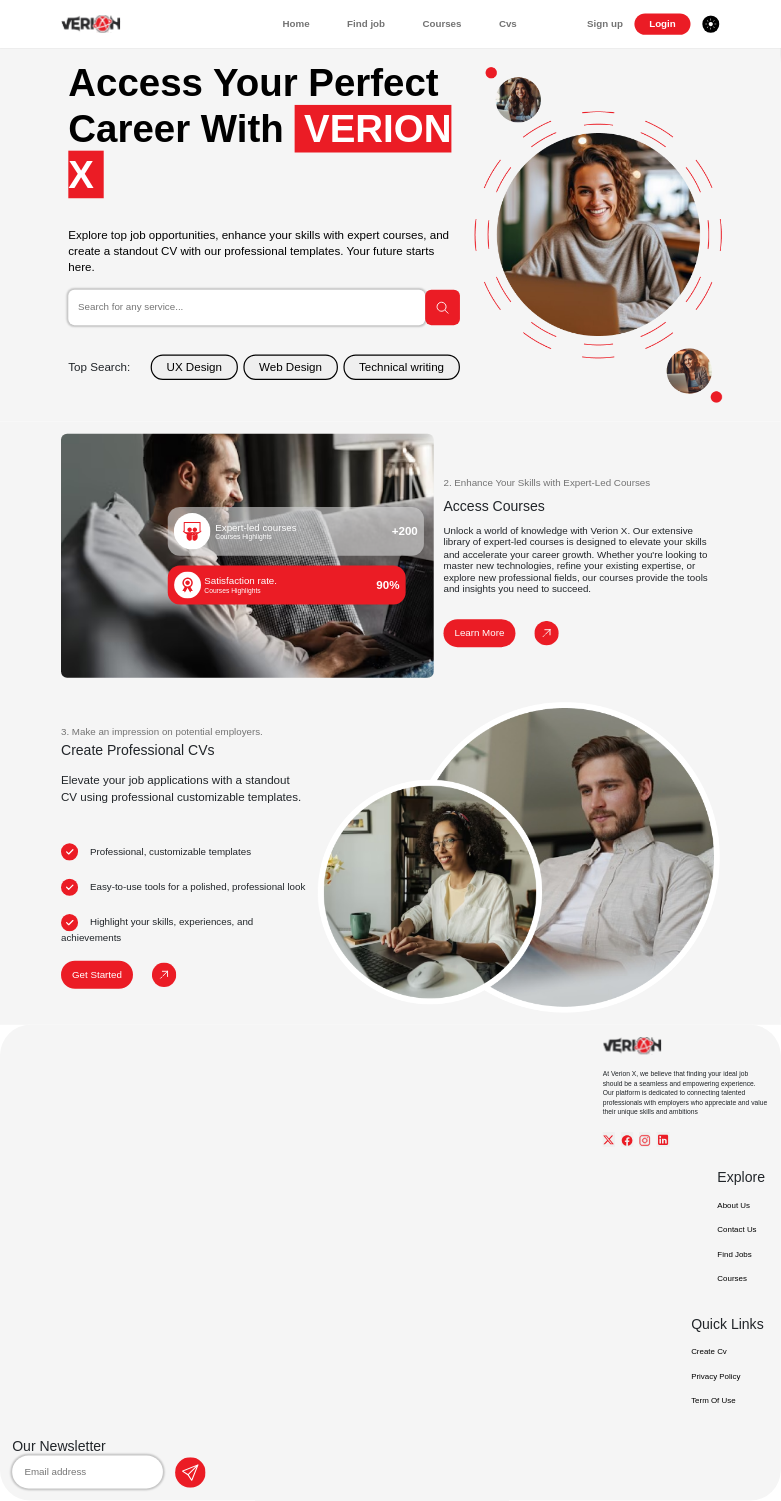
Repository: SahMenz/verionX
Page: /
An editor plug-in stored every save of this project. The page is shown before and after the next save, followed by the edit.
The browser window is 1280 px wide. The pictures show the whole page, at 61% of full size.
The project was rebuilt for these pictures with package versions that can differ from the ones it lists, and the page was loaded fresh each time. Also part of the build but not shown: vite.config.js.

Above is the page before, as saved 2024-06-16 02:42:16.

### src/App.jsx
import './App.css'
import Home from './components/home/home'
import 'bootstrap/dist/css/bootstrap.min.css';

function App() {

  return (
    <>
      <div>
          <Home />
      </div>
    </>
  )
}

export default App

### src/index.css
button{
    outline: none;
    border: none;
  }

  input{
    border: none;
    outline: none;
}

### src/App.css
*, *::before, *::after{
  padding: 0px;
  margin: 0px;
  box-sizing: border-box;
  font-family: "Rubik", sans-serif;
}

/* BACKGROUND COLORS */

.bg-f5{
  background-color: #F5F5F5;
}
.bg-eb{
  background-color: #EB1C25;
}
.bg-ff{
  background-color: #fff;
}
.bg-d9{
  background-color: #D9D9D9;
}
.bg-00{
  background-color: #000;
}


/* FONT SIZES */

.txt-11{
  font-size: 11px;
}
.txt-13{
  font-size: 13px;
}
.txt-16{
  font-size: 16px;
}
.txt-19{
  font-size: 19px;
}
.txt-23{
  font-size: 23px;
}
.txt-45{
  font-size: 45px;
}
.txt-63{
  font-size: 63px;
}


/* TEXT COLOR */

.txt-eb{
  color:#EB1C25
}
.txt-f3{
  color: #737373
}
.txt-ff{
  color:#fff
}
.txt-00{
  color: #000;
}


/* FONT WEIGHT */

.fw-400{
  font-weight: 400;
}
.fw-500{
  font-weight: 500;
}
.fw-600{
  font-weight: 600;
}


/* LINE HEIGHT */

.lh-19{
  line-height: 19.2px;
}
.lh-75{
  line-height: 55.6px;
}
.lh-26{
  line-height: 26.38px;
}
.lh-22{
  line-height: 22.8px;
}
.lh-27{
  line-height: 27.6px;
}
.lh-15{
  line-height: 15.89px;
}
.lh-13{
  line-height: 13.2px;
}
.lh-54{
  line-height: 54px;
}
.lh-34{
  line-height: 34.5px;
}
.lh-67{
  line-height: 67.5px;
}
.lh-32{
  line-height: 32.2px;
}
.lh-18{
  line-height: 18.96px;
}

### src/components/home/home.jsx
import Footer from "../footer/footer"
import Navigation from "../navigation/navigation"
import AccessCourses from "./accessCourses/accessCourses"
import CreateProfessionalCv from "./createProfessionalCv/createProfessionalCv"
import Hero from "./hero/hero"

function Home() {
  return (
    <div >
        <Navigation />
        <Hero />
        <AccessCourses />
        <CreateProfessionalCv />
        <Footer />
    </div>
  )
}

export default Home

### src/components/footer/footer.jsx
import logo from '../../assets/images/logo.svg';
import CustomSvg from '../customSvg/customSvg';
import './footer.css';

function Footer() {
  return (
    <div className='d-flex bg-f5 flex-column footerGeneral gap-5' style={{borderRadius:"50px"}}>
        <div className='d-flex flex-column' style={{width:"272px", height:"166px"}}>
            <img  src={logo} style={{width:"97.2px"}}/>
            <div className='fw-400 lh-15 txt-11 py-4'>
                At Verion X, we believe that finding your ideal job should be a
                seamless and empowering experience. Our platform is dedicated to connecting talented
                professionals with employers who appreciate and value their unique skills and ambitions
            </div>
            <div className='d-flex align-items-center justify-content-between' style={{width:"110px"}}>
                <button><CustomSvg name="x"/></button>
                <button><CustomSvg name="facebook"/></button>
                <button><CustomSvg name="insta"/></button>
                <button><CustomSvg name="linkedin"/></button>
            </div>
        </div>
        <div className='d-flex flex-column justify-content-between' style={{width:"84px", height:"192px"}}>
            <div className='fw-500 txt-23 lh-32'>Explore</div>
            <a href="#" className='txt-00 fw-400 txt-13 lh-18 text-decoration-none'>About Us</a>
            <a href="#" className='txt-00 fw-400 txt-13 lh-18 text-decoration-none'>Contact Us</a>
            <a href="#" className='txt-00 fw-400 txt-13 lh-18 text-decoration-none'>Find Jobs</a>
            <a href="#" className='txt-00 fw-400 txt-13 lh-18 text-decoration-none'>Courses</a>
        </div>
        <div className='d-flex flex-column justify-content-between' style={{width:"127px", height:"152px"}}>
            <div className='fw-500 txt-23 lh-32'>Quick Links</div>
            <a href="#" className='txt-00 fw-400 txt-13 lh-18 text-decoration-none'>Create Cv</a>
            <a href="#" className='txt-00 fw-400 txt-13 lh-18 text-decoration-none'>Privacy Policy</a>
            <a href="#" className='txt-00 fw-400 txt-13 lh-18 text-decoration-none'>Term Of Use</a>
        </div>
        <div className='d-flex flex-column'>
            <div className='fw-500 txt-23 lh-32'>Our Newsletter</div>
            <div>
                <input  type='text' placeholder='Email address' style={{marginRight:"20px",borderRadius:"30px", padding:"15px 20px", boxShadow: "0px 0px 3px 3px rgba(0, 0, 0, 0.2)"}}/>
                <CustomSvg name="telegram"/>
            </div>
        </div>
    </div>
  )
}

export default Footer

### src/components/navigation/navigation.jsx
import logo from '../../assets/images/logo.svg'
import CustomSvg from '../customSvg/customSvg'
import './navigation.css'


function Navigation() {

  return (
    <div className="d-flex justify-content-between navContainer">
        <img src={logo} alt="" />
        <div className='d-none d-lg-flex navigationLink justify-content-between align-items-center'>
          <div className='d-flex justify-content-between align-items-center links'>
            <a href="#" className='small-txt lh-19 fw-600 text-decoration-none txt-f3'>Home</a>
            <a href="#" className='small-txt lh-19 fw-600 text-decoration-none txt-f3'>Find job</a>
            <a href="#" className='small-txt lh-19 fw-600 text-decoration-none txt-f3'>Courses</a>
            <a href="#" className='small-txt lh-19 fw-600 text-decoration-none txt-f3'>Cvs</a>
          </div>
          <div className='d-flex justify-content-between align-items-center switchmode'>
            <a href="#" className='small-txt lh-19 fw-600 text-decoration-none txt-f3'>Sign up</a>
            <a href="#" className='small-txt lh-19 fw-600 text-decoration-none txt-ff bg-eb px-4 py-2 rounded-5'>Login</a>
            <CustomSvg name="switchModes" className="cursor-pointer"/>
          </div>
        </div>
        <div className=' d-lg-none cursor-pointer' style={{width: "40px", height: "40px", display: 'flex', flexDirection: 'column', alignItems: "center", justifyContent: "center", gap: "5px"}}>
          <div style={{width : "30px", height:"3px", backgroundColor : 'black' }}></div>
          <div style={{width : "30px", height:"3px", backgroundColor : 'black' }}></div>
          <div style={{width : "30px", height:"3px", backgroundColor : 'black' }}></div>
        </div>
    </div>
  )
}

export default Navigation

### src/components/home/accessCourses/accessCourses.jsx
import CustomSvg from "../../customSvg/customSvg";
import './accessCourses.css';

function AccessCourses() {
  return (
    <div className="d-flex flex-column bg-f5 flex-xl-row accessGeneral  align-items-center">
        <div className="manPressingLaptop" style={{maxWidth:"611px", position:"relative"}}>
            <div className="imagetext d-none d-lg-block" style={{position:"absolute"}}>
                <div className="d-flex align-items-center opacebackground justify-content-between mb-3" style={{padding:"10px", borderRadius:"20px", maxWidth:"455px"}}>
                    <CustomSvg name="expertLedCourses"/>
                    <div className="d-flex ps-2 justify-content-between align-items-center" style={{width:"340px"}}>
                        <div className="d-flex flex-column" >
                            <div className="txt-ff fw-500 txt-16 lh-19">Expert-led courses</div>
                            <div className="txt-11 txt-ff fw-500 lh-13">Courses Highlights</div>
                        </div>
                        <div className="fw-600 txt-19 lh-22 txt-ff">+200</div>
                    </div>
                </div>
                <div className="bg-eb d-flex align-items-center justify-content-between" style={{padding:"10px", borderRadius:"20px", maxWidth:"390px"}}>
                    <CustomSvg name="satisfactionrate"/>
                    <div className="d-flex justify-content-between align-items-center" style={{width:"320px"}}>
                        <div className="d-flex flex-column" >
                            <div className="txt-ff fw-500 txt-16 lh-19">Satisfaction rate.</div>
                            <div className="txt-11 txt-ff fw-500 lh-13">Courses Highlights</div>
                        </div>
                        <div className="fw-600 txt-19 lh-22 txt-ff">90%</div>
                    </div>
                </div>
            </div>
        </div>
        <div className=" ms-xl-3"  style={{maxWidth:"576px"}}>
            <p className="txt-f3 fw-500 lh-19 enhance" style={{maxWidth:"370px"}}>2. Enhance Your Skills with Expert-Led Courses</p>
            <p className="fw-500 lh-27 access" style={{maxWidth:"300px"}}>Access Courses</p>
            <p className="fw-400 lh-19 pb-4 unlock" style={{maxWidth:"576px"}}>
                Unlock a world of knowledge with Verion X. Our extensive library of expert-led courses is designed to elevate your skills and accelerate your career growth. Whether you&apos;re looking to master new technologies, refine your existing expertise, or explore new professional fields, our courses provide the tools and insights you need to succeed.
            </p>
            <div className="d-flex align-items-center justify-content-between" style={{width:"189px"}}>
                <button className="bg-eb txt-ff" style={{padding:"11px 18px", borderRadius:"30px"}}>Learn More</button>
                <CustomSvg name="arrowTopRight" className=""/>
            </div>
        </div>
    </div>
  )
}

export default AccessCourses

### src/components/home/createProfessionalCv/createProfessionalCv.jsx
import createProfessionalImage from '../../../assets/images/createProfessionalImage.png';
import CustomSvg from '../../customSvg/customSvg';
import './createProfessionalCv.css';

function CreateProfessionalCv() {
  return (
    <div className='d-flex flex-column createGeneral bg-f5 flex-xl-row align-items-center'>
        <div style={{maxWidth:"507px"}}>
            <div className='fw-500 lh-19 txt-16 txt-f3 adjustText' style={{margin:"0px 0px 8px 0px"}}>3. Make an impression on potential employers.</div>
            <div className='fw-500 lh-27 txt-23 adjust23' style={{margin:"0px 0px 20px 0px"}}>Create Professional CVs</div>
            <div className='fw-400 txt-19 lh-23 adjust19' style={{margin:"0px 0px 60px 0px"}}>Elevate your job applications with a standout CV using professional customizable templates.</div>
            <div className='fw-400 txt-16 lh-19 adjustText' style={{marginBottom:"29px"}}><CustomSvg name="createProfessionalTick"/> <span style={{marginLeft:"15px"}}>Professional, customizable templates</span></div>
            <div className='fw-400 txt-16 lh-19 adjustText' style={{marginBottom:"29px"}}><CustomSvg name="createProfessionalTick"/> <span style={{marginLeft:"15px"}}>Easy-to-use tools for a polished, professional look</span></div>
            <div className='fw-400 txt-16 lh-19 adjustText' style={{marginBottom:"29px"}}><CustomSvg name="createProfessionalTick"/> <span style={{marginLeft:"15px"}}>Highlight your skills, experiences, and achievements</span></div>
            <div className="d-flex align-items-center justify-content-between" style={{width:"189px"}}>
                <button className="bg-eb txt-ff" style={{padding:"11px 18px", borderRadius:"30px"}}>Get Started</button>
                <CustomSvg name="arrowTopRight" className=""/>
            </div>
        </div>
        <img src={createProfessionalImage} className='mt-5 mt-xl-0 mixedImage ms-xl-3' style={{maxWidth:"659px"}}/>
    </div>
  )
}

export default CreateProfessionalCv

### src/components/home/hero/hero.jsx
import accesYourPerfectImage from '../../../assets/images/accesYourPerfectImage.png';
import CustomSvg from '../../customSvg/customSvg';
import './hero.css';

function Hero() {
  return (
    <div className='bg-f5 heroGeneral d-flex flex-column flex-xl-row justify-content-center justify-content-between align-items-center' style={{}}>
        <div style={{maxWidth:"733px"}} className=' textcontainer mb-5 mx-xxl-1 px-xxl-0 d-flex flex-column container '>
            <div className='txt-63 lh-75 txt-ff fw-600 txt-00 largeTxt mb-5' >Access Your Perfect Career With <span className='bg-eb fw-600 txt-ff py-1 px-3'>VERION X</span></div>
            <div className='txt-00 lh-26 mb-4 exploretxt' style={{maxWidth:"630px"}}>
                Explore top job opportunities, enhance your skills with expert courses, and create a standout CV with our professional templates. Your future starts here.
            </div>
            <div className="d-flex">
                <input type="text" className='p-3 container mb-xl-5' placeholder="Search for any service..."  style={{borderRadius:"10px", boxShadow: "0px 0px 3px 3px rgba(0, 0, 0, 0.2)"}} />
                <button className="bg-eb p-3 mb-xl-5" style={{borderRadius:"10px", border:"none"}}><CustomSvg name="search"/></button>
            </div>
            <div className='d-none d-xl-flex align-items-center justify-content-between'style={{width:"642px"}} >
                <div className='txt-19 lh-26 txt-500'>Top Search:</div>
                <div className='d-flex align-items-center justify-content-between' style={{width:"507px"}}>
                    <button style={{borderRadius:"20px",border: "2px solid black"}}><div className='px-4 py-2 txt-19 lh-22 txt-500'>UX Design</div></button>
                    <button style={{borderRadius:"20px",border: "2px solid black"}}><div className='px-4 py-2 txt-19 lh-22 txt-500'>Web Design</div></button>
                    <button style={{borderRadius:"20px",border: "2px solid black"}}><div className='px-4 py-2 txt-19 lh-22 txt-500'>Technical writing</div></button>
                </div>
            </div>
        </div>
        <img src={accesYourPerfectImage} className='container mx-xxl-1 px-xxl-0' style={{Width:"65vw", maxWidth:"430px"}} alt="three images" />
    </div>
  )
}

export default Hero

### src/components/footer/footer.css
.footerGeneral{
    padding: 20px 20px;
    flex-wrap: wrap-reverse
}

@media (min-width:1400px){
    .footerGeneral{
        padding: 64px 109px
    }
}

### src/components/navigation/navigation.css
.navContainer{
    padding: 22px 100px;
    box-shadow: 0px 10px 10px 10px rgba(0, 0, 0, 0.2);
}

.navigationLink{
    width: 56vw;
    min-width: 600px;
    max-width: 888px;
}
.links{
    width: 30vw;
    min-width: 300px;
    max-width: 482px;
}
.switchmode{
    width: 17vw;
    min-width: 200px;
    max-width: 254px;
}
@media screen and (min-width:325px) and (max-width:988px) {
    .navContainer{
        padding: 18px 60px;
    }
}

### src/components/home/accessCourses/accessCourses.css
.accessGeneral{
    padding: 10px 20px;
}
.enhance{
    font-size: 4vw;
    margin-top: 20px;
}
.access{
    font-size: 6vw;
}
.unlock{
    font-size: 4vw;
}
.opacebackground{
    background-color:rgba(217, 217, 217, 0.6);
}
.manPressingLaptop{
    background-image: url('../../../assets/images/accessCoursesImage.png');
    background-size: cover;
    border-Radius: 10px;
    background-position: center;
    height: 400px;
    width: 65vw;
    background-size: cover;
    background-position: center;
}
.imagetext{
    position: absolute;
    top: 50%;
    left: 63%;
    transform: translate(-50%, -50%);
}

@media (min-width: 478px) {
    .enhance{
        font-size: 3vw;
    }
    .access{
        font-size: 5vw;
    }
    .unlock{
        font-size: 3vw;
    }
}
@media (min-width: 665px) {
    .enhance{
      font-size: 2.5vw;
    }
    .access{
      font-size:4.5vw;
    }
    .unlock{
        font-size: 2.5vw;
    }
}
@media (min-width:730px){
    .accessGeneral{
      padding: 20px 100px;
    }
    .enhance{
        font-size: 16px;
      }
      .access{
        font-size:23px;
      }
      .unlock{
          font-size: 16px;
      }
  }
  @media (min-width:1400px){
    .accessGeneral{
        justify-content: space-between!important;
    }
  }

### src/components/home/createProfessionalCv/createProfessionalCv.css
.createGeneral{
    padding: 10px 20px;
}
.mixedImage{
    width: 85vw;
}
.adjustText{
    font-size: 4vw;
}
.adjust19{
    font-size: 5vw;
}
.adjust23{
    font-size: 6vw;
}
@media (min-width: 478px) {
    .adjustText{
        font-size: 3.5vw;
    }
    .adjust19{
        font-size: 4.5vw;
    }
    .adjust23{
        font-size: 5.5vw;
    }
}
@media (min-width: 560px) {
    .adjustText{
        font-size: 3vw;
    }
    .adjust19{
        font-size: 4vw;
    }
    .adjust23{
        font-size: 5vw;
    }
}
@media (min-width:630px){
    .createGeneral{
        padding: 20px 100px;
    }
    .adjustText{
        font-size: 16px;
    }
    .adjust19{
        font-size: 19px;
    }
    .adjust23{
        font-size: 23px;
    }
}
@media (min-width:1400px){
    .createGeneral{
        justify-content: space-between;
    }
}

### src/components/home/hero/hero.css
  .largeTxt{
    font-size: 10vw;
  }
  .exploretxt{
    font-size: 4vw;
  }
  .heroGeneral{
    padding: 10px 20px;
  }
  @media (min-width: 478px) {
    .largeTxt{
      line-height: 75px;
    }
    .exploretxt{
      font-size: 3vw;
    }
  }
  @media (min-width: 632px) {
    .largeTxt{
      font-size: 9vw;
    }
    .exploretxt{
      font-size:2.5vw;
    }
  }
  @media (min-width:730px){
    .largeTxt{
      font-size: 63px;
    }
    .exploretxt{
      font-size: 19px;
    }
    .heroGeneral{
      padding: 20px 100px;
    }
  }
  @media(min-width:1400){
    .heroGeneral{
      justify-content: space-between;
    }
  }

Loaded but not shown: src/main.jsx (common file); src/components/customSvg/customSvg.jsx (186 lines, source omitted)

After the next save:
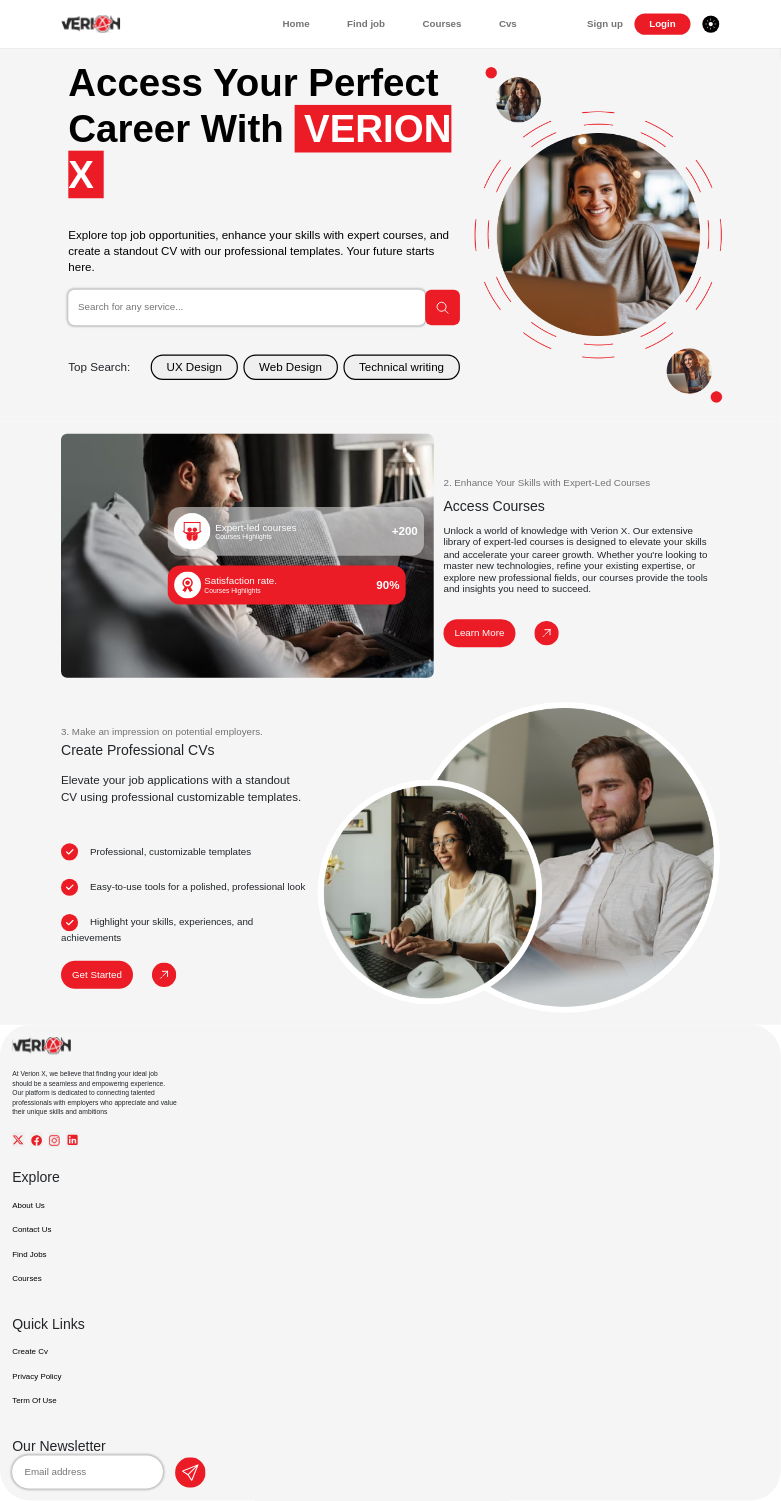
Saved 12 s later.
--- a/src/components/footer/footer.css
+++ b/src/components/footer/footer.css
@@ -1,6 +1,6 @@
 .footerGeneral{
     padding: 20px 20px;
-    flex-wrap: wrap-reverse
+    flex-wrap: wrap
 }
 
 @media (min-width:1400px){
